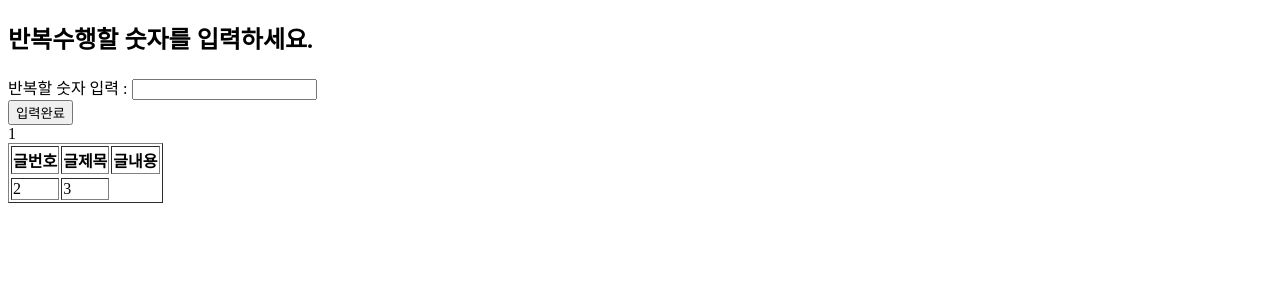
Repository: gugucon-hwan/ForStudyJSP
Page: http://localhost/StudyBasicJSP/ch06/ex06-04Form.jsp
The author's editor kept a copy of each file at every save. The page is drawn from the files as they stood at one save, then again after the next save.
The browser window is 1280 px wide. The pictures show the whole page.
The page is served by Tomcat 9. Other server files are loaded and not shown.

Above is the page before, as saved 2020-08-15 16:17:29.

### StudyBasicJSP/WebContent/ch06/ex06-04Form.jsp
<%@ page language="java" contentType="text/html; charset=UTF-8"
    pageEncoding="UTF-8"%>
<!DOCTYPE html>
<html>
<head>
<meta charset="UTF-8">
<title>ex06-04Form.jsp</title>
</head>
<body>
	<h2>반복수행할 숫자를 입력하세요.</h2>
	<form method="post" action="ex06-04Pro.jsp">
	반복할 숫자 입력 : <input type="text" name="localNum"><br>
	<input type="submit" value="입력완료">
	</form>
	<table border="1">
		<th>글번호</th>
		<th>글제목</th>
		<th>글내용</th>
		<tr>1</tr>
		<td>2</td>
		<td>3</td>

	</table>
</body>
</html>

After the next save:
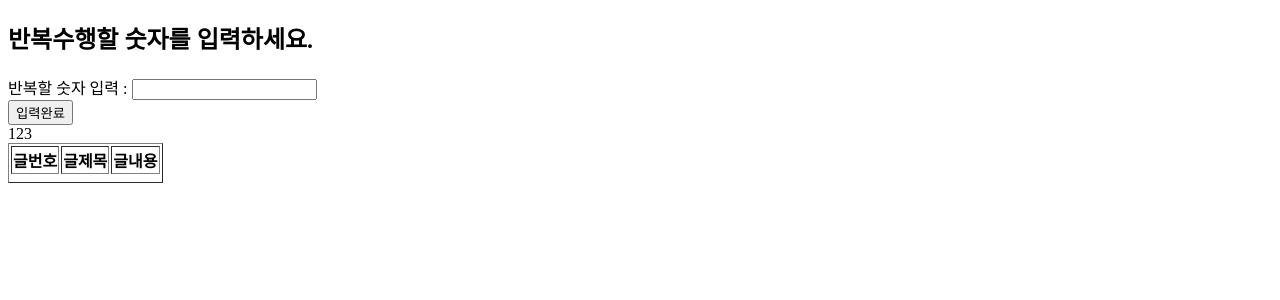
Saved 6 s later.
--- a/StudyBasicJSP/WebContent/ch06/ex06-04Form.jsp
+++ b/StudyBasicJSP/WebContent/ch06/ex06-04Form.jsp
@@ -17,8 +17,8 @@
 		<th>글제목</th>
 		<th>글내용</th>
 		<tr>1</tr>
-		<td>2</td>
-		<td>3</td>
+		<tr>2</tr>
+		<tr>3</tr>
 
 	</table>
 </body>
